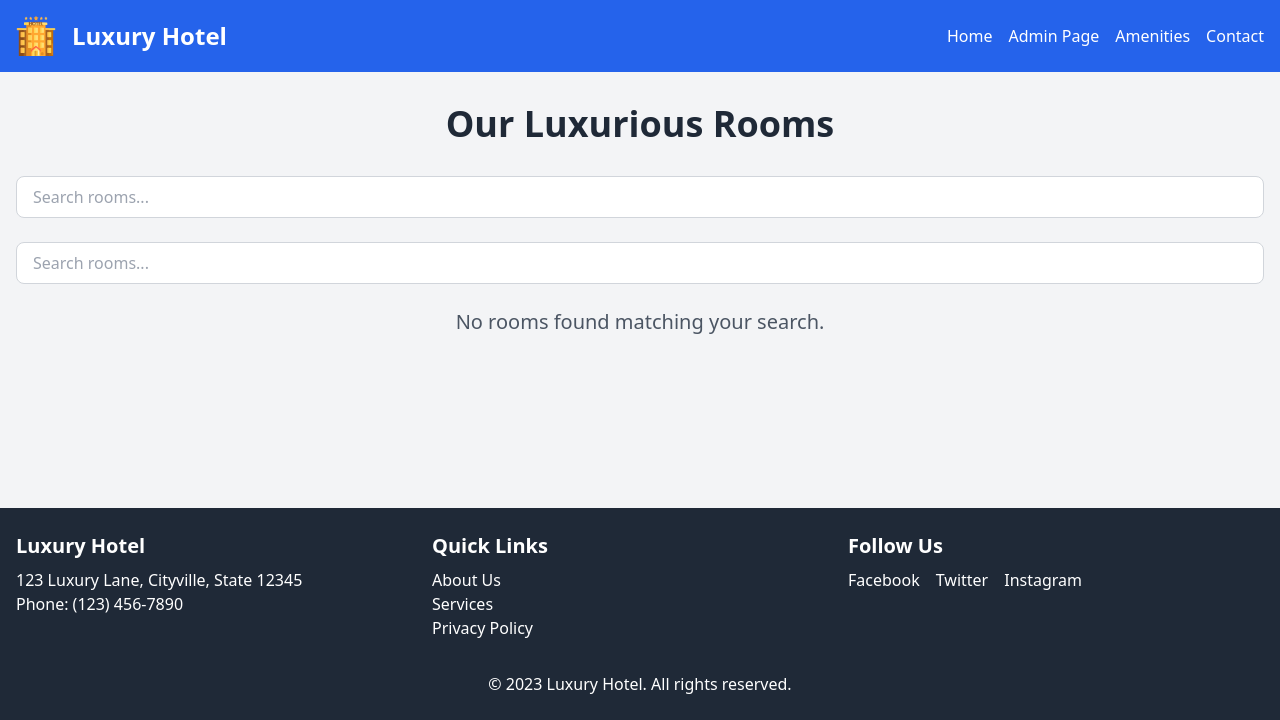
Repository: LeTiepTuyen/hw4_hotel_admin_letieptuyen
Page: index.html
These files come from the project's save history. The page is drawn as it stood at one moment and after the next save; the edit follows.
The browser window is 1280 px wide. The pictures show the whole page.
Some web libraries are served in a nearby version.

Above is the page before, as saved 2024-10-08 17:24:15.

### index.html
<!DOCTYPE html>
<html lang="en">
  <head>
    <meta charset="UTF-8" />
    <meta name="viewport" content="width=device-width, initial-scale=1.0" />
    <title>Luxury Hotel</title>
    <script src="https://cdn.tailwindcss.com"></script>
  </head>
  <body class="bg-gray-100 flex flex-col min-h-screen">
    <header class="bg-blue-600 text-white py-4">
      <div class="container mx-auto px-4 flex justify-between items-center">
        <div class="flex items-center space-x-4">
          <img src="assets/images/logo.png" alt="Luxury Hotel Logo" class="w-10 h-10" />
          <h1 class="text-2xl font-bold">Luxury Hotel</h1>
        </div>
        <nav>
          <ul class="flex space-x-4">
            <li><a href="#" class="hover:text-blue-200">Home</a></li>
            <li><a href="pages/admin.html" class="hover:text-blue-200">Admin Page</a></li>
            <li><a href="#" class="hover:text-blue-200">Amenities</a></li>
            <li><a href="#" class="hover:text-blue-200">Contact</a></li>
          </ul>
        </nav>
      </div>
    </header>

    <main class="flex-grow">
      <div class="container mx-auto px-4 py-8">
        <h2 class="text-4xl font-bold text-center mb-8 text-gray-800">Our Luxurious Rooms</h2>
        <!-- Add search bar -->
        <div class="mb-6">
          <input
            type="text"
            id="room-search"
            placeholder="Search rooms..."
            class="w-full px-4 py-2 rounded-lg border border-gray-300 focus:outline-none focus:ring-2 focus:ring-blue-500"
          />
        </div>
        <div class="mb-6">
          <input
            type="text"
            id="room-search"
            placeholder="Search rooms..."
            class="w-full px-4 py-2 rounded-lg border border-gray-300 focus:outline-none focus:ring-2 focus:ring-blue-500"
          />
        </div>
        <div id="roomList" class="grid grid-cols-1 md:grid-cols-2 lg:grid-cols-3 gap-8">
          <!-- Room cards will be dynamically inserted here -->
        </div>
      </div>
    </main>

    <footer class="bg-gray-800 text-white py-6">
      <div class="container mx-auto px-4">
        <div class="flex flex-wrap justify-between">
          <div class="w-full md:w-1/3 mb-4 md:mb-0">
            <h3 class="text-xl font-bold mb-2">Luxury Hotel</h3>
            <p>123 Luxury Lane, Cityville, State 12345</p>
            <p>Phone: (123) 456-7890</p>
          </div>
          <div class="w-full md:w-1/3 mb-4 md:mb-0">
            <h3 class="text-xl font-bold mb-2">Quick Links</h3>
            <ul>
              <li><a href="#" class="hover:text-blue-300">About Us</a></li>
              <li><a href="#" class="hover:text-blue-300">Services</a></li>
              <li><a href="#" class="hover:text-blue-300">Privacy Policy</a></li>
            </ul>
          </div>
          <div class="w-full md:w-1/3">
            <h3 class="text-xl font-bold mb-2">Follow Us</h3>
            <div class="flex space-x-4">
              <a href="#" class="hover:text-blue-300">Facebook</a>
              <a href="#" class="hover:text-blue-300">Twitter</a>
              <a href="#" class="hover:text-blue-300">Instagram</a>
            </div>
          </div>
        </div>
        <div class="mt-8 text-center">
          <p>&copy; 2023 Luxury Hotel. All rights reserved.</p>
        </div>
      </div>
    </footer>

    <script>
      // Lấy dữ liệu từ localStorage
      function getRoomsFromLocalStorage() {
        const rooms = localStorage.getItem("hotelRooms");
        return rooms ? JSON.parse(rooms) : [];
      }

      // Function to create room cards
      function createRoomCard(room) {
        const card = document.createElement("div");
        card.className =
          "bg-white rounded-lg shadow-md overflow-hidden transition-transform duration-300 hover:scale-105 focus-within:ring-2 focus-within:ring-blue-500";
        card.tabIndex = "0";
        card.innerHTML = `
        <div class="flex flex-col h-full">
          <div class="w-full h-96 overflow-hidden">
            <img src="${room.imageUrl}" alt="${room.name}" class="w-full h-full object-cover">
          </div>
          <div class="p-6 flex-1 flex flex-col justify-between">
            <div>
              <h2 class="text-2xl font-semibold mb-2 text-gray-800">${room.name}</h2>
              <p class="text-gray-600 mb-4">${room.description}</p>
            </div>
            <div class="flex justify-center space-x-4 mt-4">
              <a href="pages/detail.html?id=${room.id}" class="bg-blue-500 text-white px-6 py-3 rounded-md font-medium hover:bg-blue-600 transition-colors duration-300">View Details</a>
              <button class="bg-green-500 text-white px-6 py-3 rounded-md font-medium hover:bg-green-600 transition-colors duration-300" aria-label="Book ${room.name}">Book Now</button>
            </div>
          </div>
        </div>
`;

        return card;
      }

      // Function to filter rooms based on search input
      function filterRooms(rooms, searchTerm) {
        return rooms.filter((room) => room.name.toLowerCase().includes(searchTerm.toLowerCase()));
      }

      // Function to render room cards
      function renderRoomCards(rooms) {
        const roomList = document.getElementById("roomList");
        roomList.innerHTML = ""; // Clear existing room cards

        if (rooms.length > 0) {
          rooms.forEach((room) => {
            roomList.appendChild(createRoomCard(room));
          });
        } else {
          const noRoomsMessage = document.createElement("p");
          noRoomsMessage.textContent = "No rooms found matching your search.";
          noRoomsMessage.className = "text-center text-gray-600 text-xl col-span-full";
          roomList.appendChild(noRoomsMessage);
        }
      }

      // Function to handle search
      function handleSearch() {
        const searchInput = document.getElementById("room-search");
        const searchTerm = searchInput.value.trim();
        const allRooms = getRoomsFromLocalStorage();

        const filteredRooms = searchTerm ? filterRooms(allRooms, searchTerm) : allRooms;
        renderRoomCards(filteredRooms);
      }

      // Populate room list from localStorage
      // Modify the renderHomepageRooms function
      function renderHomepageRooms() {
        const rooms = getRoomsFromLocalStorage();
        renderRoomCards(rooms);
      }

      // Khi page load, render dữ liệu từ localStorage
      document.addEventListener("DOMContentLoaded", renderHomepageRooms);

      // Lắng nghe sự kiện storage để cập nhật room list khi localStorage thay đổi
      window.addEventListener("storage", function (event) {
        if (event.key === "hotelRooms") {
          renderHomepageRooms();
        }
      });
    </script>
  </body>
</html>

After the next save:
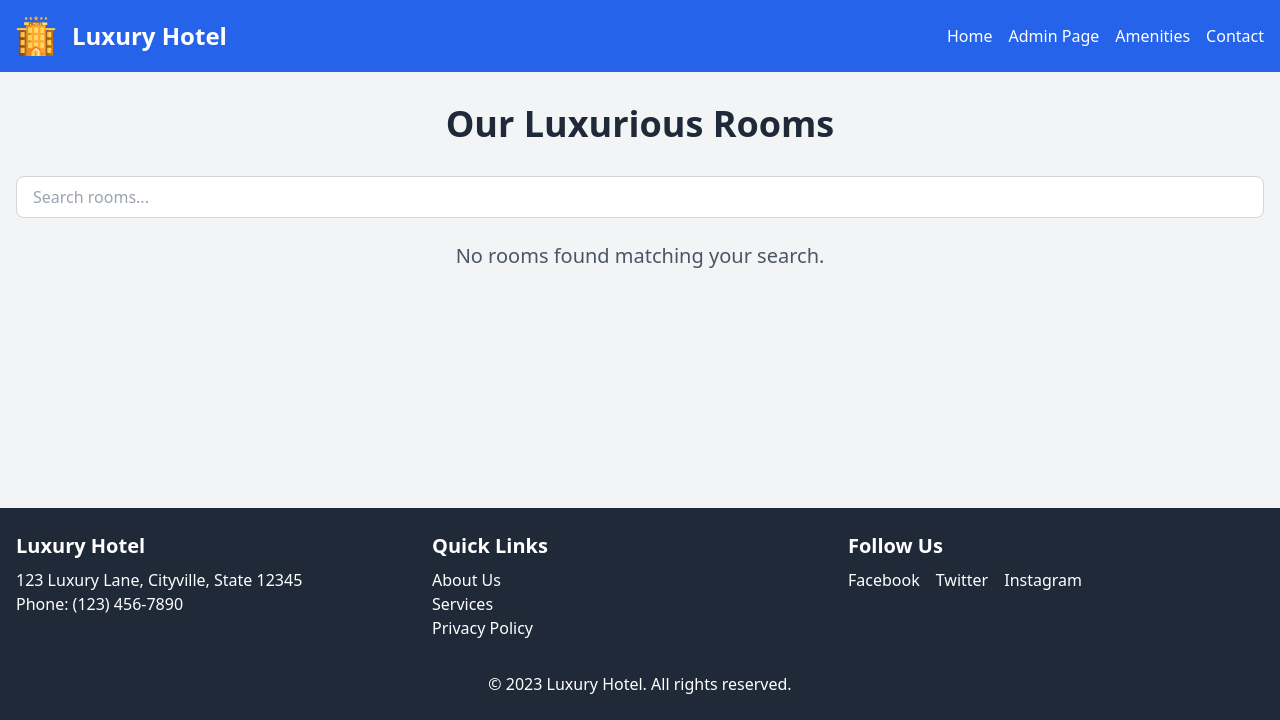
Saved 61 s later.
--- a/index.html
+++ b/index.html
@@ -27,6 +27,7 @@
     <main class="flex-grow">
       <div class="container mx-auto px-4 py-8">
         <h2 class="text-4xl font-bold text-center mb-8 text-gray-800">Our Luxurious Rooms</h2>
+
         <!-- Add search bar -->
         <div class="mb-6">
           <input
@@ -36,14 +37,7 @@
             class="w-full px-4 py-2 rounded-lg border border-gray-300 focus:outline-none focus:ring-2 focus:ring-blue-500"
           />
         </div>
-        <div class="mb-6">
-          <input
-            type="text"
-            id="room-search"
-            placeholder="Search rooms..."
-            class="w-full px-4 py-2 rounded-lg border border-gray-300 focus:outline-none focus:ring-2 focus:ring-blue-500"
-          />
-        </div>
+
         <div id="roomList" class="grid grid-cols-1 md:grid-cols-2 lg:grid-cols-3 gap-8">
           <!-- Room cards will be dynamically inserted here -->
         </div>
@@ -147,7 +141,6 @@
         renderRoomCards(filteredRooms);
       }
 
-      // Populate room list from localStorage
       // Modify the renderHomepageRooms function
       function renderHomepageRooms() {
         const rooms = getRoomsFromLocalStorage();
@@ -155,7 +148,12 @@
       }
 
       // Khi page load, render dữ liệu từ localStorage
-      document.addEventListener("DOMContentLoaded", renderHomepageRooms);
+      document.addEventListener("DOMContentLoaded", () => {
+        renderHomepageRooms();
+
+        const searchInput = document.getElementById("room-search");
+        searchInput.addEventListener("input", handleSearch);
+      });
 
       // Lắng nghe sự kiện storage để cập nhật room list khi localStorage thay đổi
       window.addEventListener("storage", function (event) {
